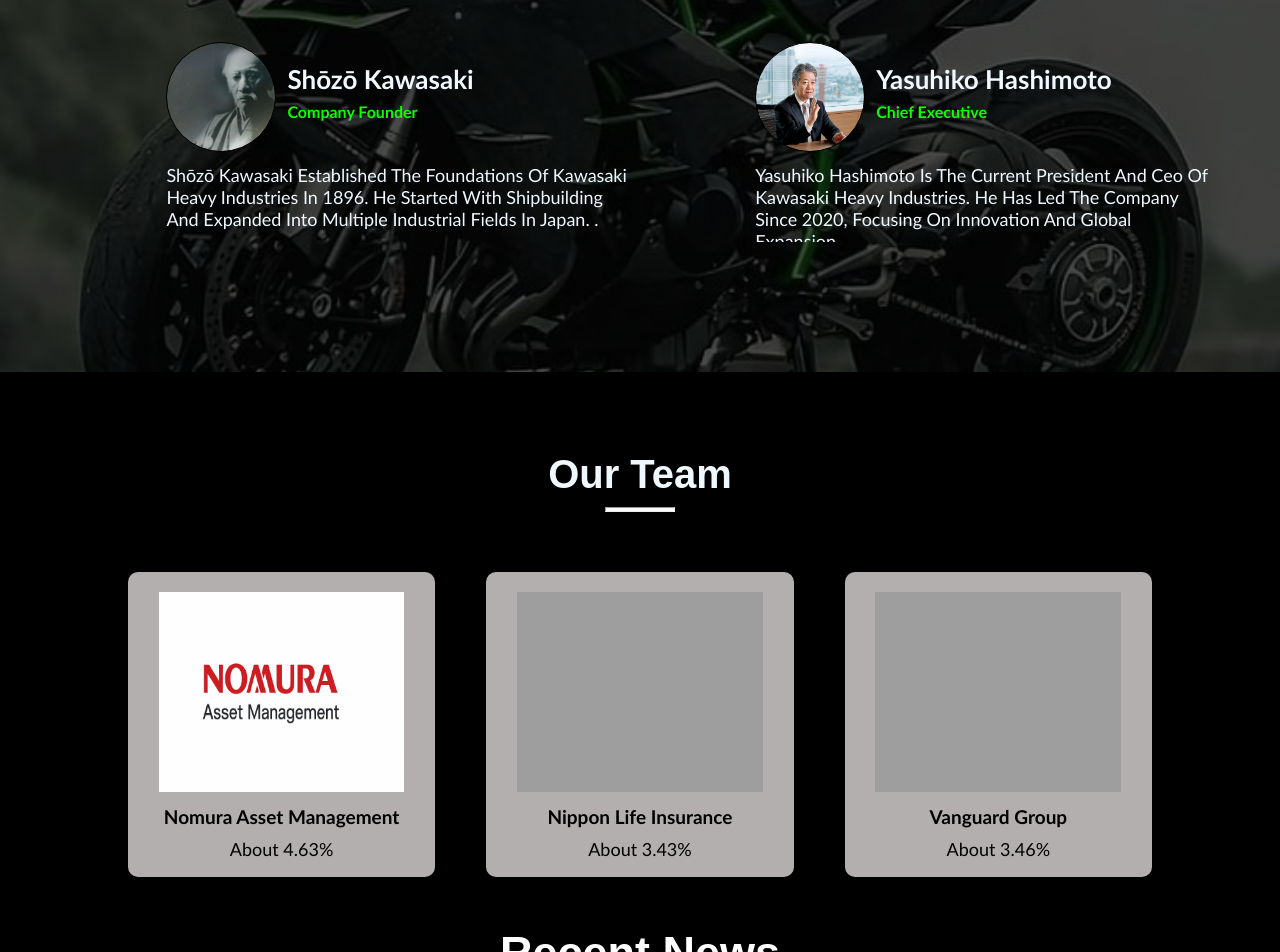
Repository: mustafasayed075-stack/project1
Page: index.html
These files come from the project's save history. The page is drawn as it stood at one moment and after the next save; the edit follows.
The browser window is 1280 px wide. The pictures show the part of the page from y = 4806 to 5758 px (the page is 6799 px tall).
Pictures or frames that could not be fetched are drawn as grey boxes. Backgrounds fixed to the window are drawn as part of the page.

Above is the page before, as saved 2025-09-20 20:50:56.

After the next save:
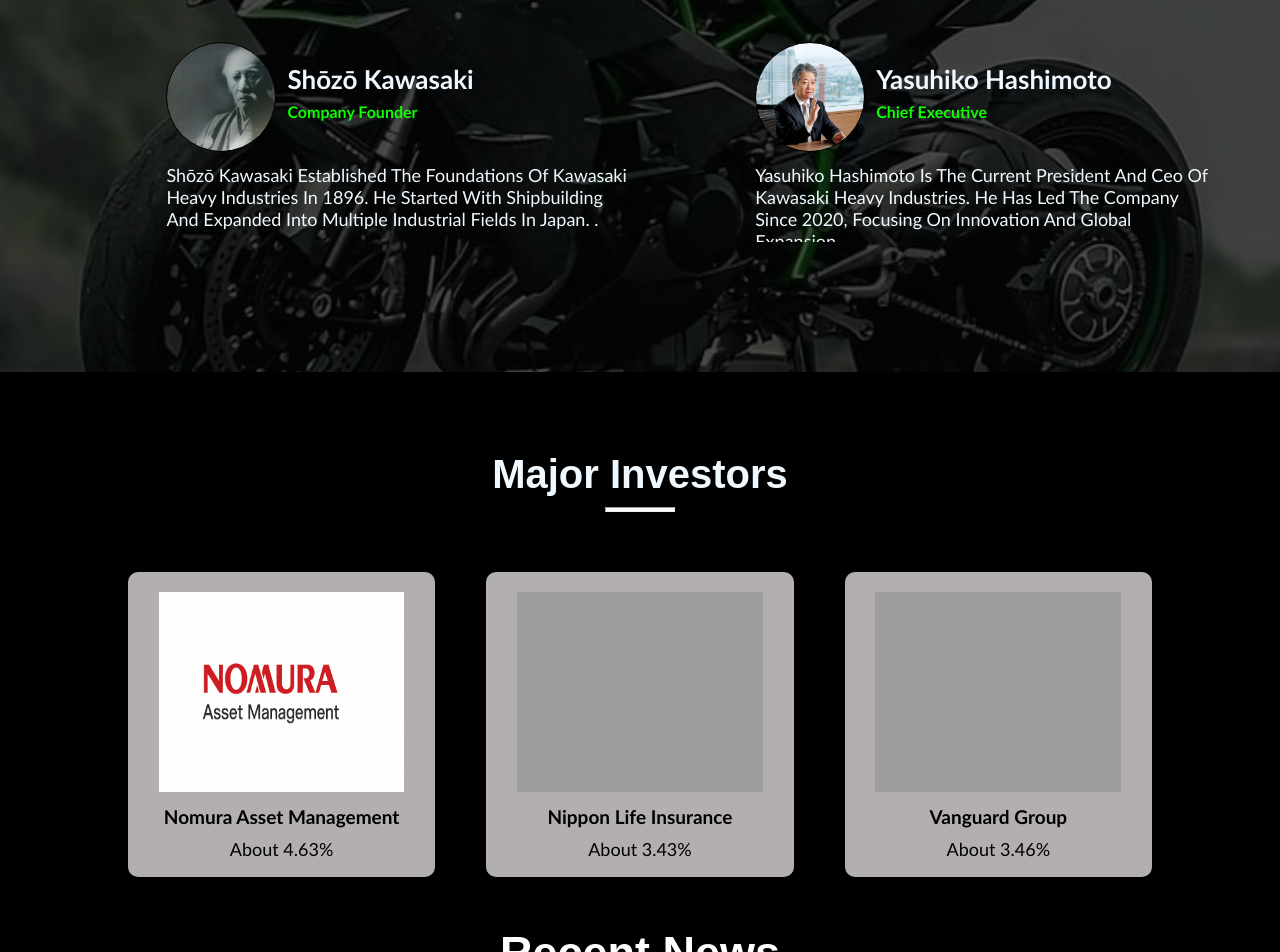
Saved 2 min 26 s later.
--- a/index.html
+++ b/index.html
@@ -314,7 +314,7 @@
                 <div class="section9-container">
             <div class="section9-parent">
                 <div class="section9-content">
-                    <h2 class="h29">our team</h2>
+                    <h2 class="h29">major investors</h2>
                     <hr class="hr9">
                     <div class="team-item1">
                         <div class="team-img">
